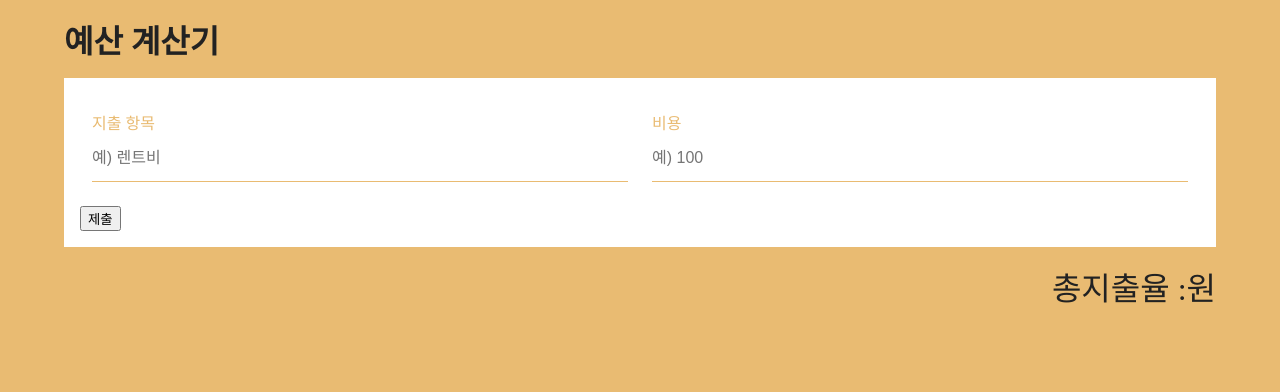
Repository: jongheonleee/budget_calculator
Page: /
An editor plug-in stored every save of this project. The page is shown before and after the next save, followed by the edit.
The browser window is 1280 px wide. The pictures show the whole page.
The project was rebuilt for these pictures with package versions that can differ from the ones it lists, and the page was loaded fresh each time.

Above is the page before, as saved 2025-02-07 21:49:13.

### src/index.css
:root {
  --primaryColor : #90A959;
  --secondColor : #e9bb72;
  --mainWhite : #fff;
  --mainBlack : #222;
  --mainRed : #C45151;
  --mainGreen : #4CAF50;
}

* {
  margin: 0;
  box-sizing: border-box;
}

body {
  background: var(--secondColor);
  color: var(--mainBlack);
}

h1 {
  margin: 1rem 0;
}

### src/App.js
import { Component } from "react";
import "./App.css";
import ExpenseForm from "./components/ExpenseForm";


class App extends Component {

  render() {
    return (
      <main className="main-container">
        <h1>예산 계산기</h1>

        <div style={{ width:'100%', backgroundColor : 'white', padding: '1rem'}}>
          <ExpenseForm />
        </div>

        <div style={{ display : 'flex', justifyContent: 'end', marginTop: '1rem'}}>
          <p style={{ fontSize : '2rem'}}>
            총지출율 :
            <span>원</span>
          </p>
        </div>
      </main>
    )
  }
}

export default App;

### src/components/ExpenseForm.js
import React, { Component } from 'react'
import './ExpenseForm.css';

export class ExpenseForm extends Component {

    render() {
        return (
        <form>
            <div>
                <div className='form-center'>
                    <div className='form-group'>
                        <label htmlFor='charge'> 지출 항목 </label>
                        <input
                            type='text'
                            className='form-control'
                            id='charge'
                            name='charge'
                            placeholder='예) 렌트비'
                        />
                    </div>
                    <div className='form-group'>
                        <label htmlFor='amount'> 비용 </label>
                        <input
                            type='number'
                            className='form-control'
                            id='amount'
                            name='amount'
                            placeholder='예) 100'
                        />

                    </div>
                </div>
            </div>

            <button tpye='submit' className='btn'>
                제출
            </button>
        </form>
    )
  }
}

export default ExpenseForm

### src/components/ExpenseForm.css
.form-center {
    display: flex;
}

.form-group {
    padding : 1rem 0.75rem;
    flex : 1;
}

label {
    display: block;
    color : var(--secondColor);
    font-size : 1rem;
    text-transform: capitalize;
}

.form-control {
    background-color: transparent;
    border: none;
    border-bottom: 1px solid var(--secondColor);
    outline: none;
    height: 3rem;
    width: 100%;
    font-size : 16px;
    margin: 0 0 8px 0;
    padding : 0;
}

### src/components/ExpenseList.js
import React, { Component } from 'react'

export class ExpenseList extends Component {
  render() {
    return (
      <div>ExpenseList</div>
    )
  }
}

export default ExpenseList

Loaded but not shown: public/index.html (common file); src/index.js (common file); src/reportWebVitals.js (common file); src/App.css (common file)

After the next save:
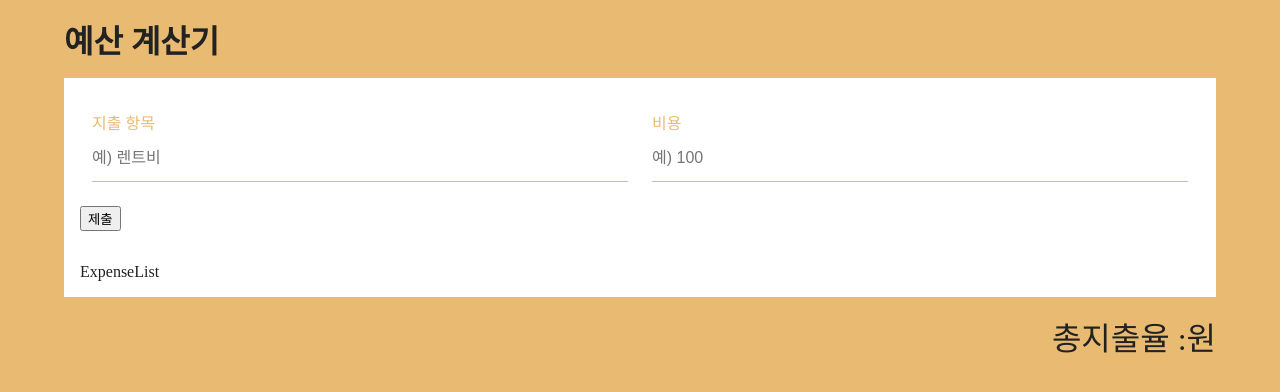
Saved 92 s later.
--- a/src/App.js
+++ b/src/App.js
@@ -1,7 +1,7 @@
 import { Component } from "react";
 import "./App.css";
 import ExpenseForm from "./components/ExpenseForm";
-
+import ExpenseList from "./components/ExpenseList";
 
 class App extends Component {
 
@@ -12,6 +12,10 @@ class App extends Component {
 
         <div style={{ width:'100%', backgroundColor : 'white', padding: '1rem'}}>
           <ExpenseForm />
+        </div>
+
+        <div style={{ width:'100%', backgroundColor : 'white', padding: '1rem'}}>
+          <ExpenseList />
         </div>
 
         <div style={{ display : 'flex', justifyContent: 'end', marginTop: '1rem'}}>
